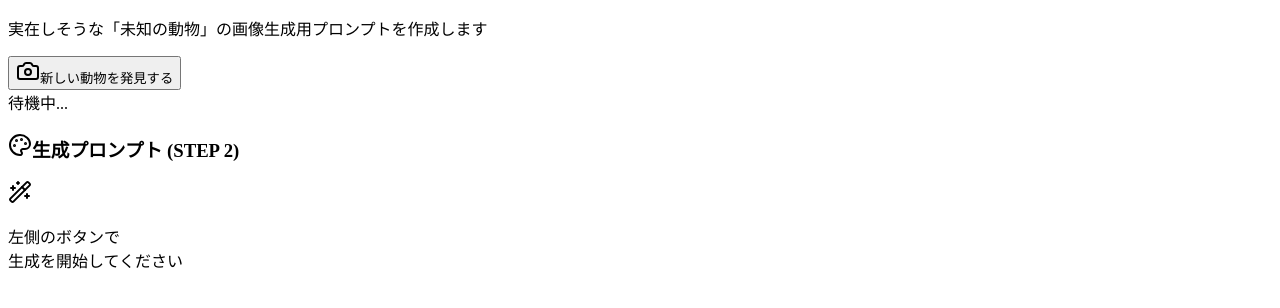
Repository: mqce/animalImageGenerator
Page: /
The author's editor kept a copy of each file at every save. The page is drawn from the files as they stood at one save, then again after the next save.
The browser window is 1280 px wide. The pictures show the whole page.
The project was rebuilt for these pictures with package versions that can differ from the ones it lists, and the page was loaded fresh each time. Also part of the build but not shown: vite.config.js, vite.config.ts.

Above is the page before, as saved 2025-12-04 18:20:43.

### index.html
<!doctype html>
<html lang="en">
  <head>
    <meta charset="UTF-8" />
    <link rel="icon" type="image/svg+xml" href="/vite.svg" />
    <meta name="viewport" content="width=device-width, initial-scale=1.0" />
    <title>animalimagegenerator</title>
  </head>
  <body>
    <div id="root"></div>
    <script type="module" src="/src/main.tsx"></script>
  </body>
</html>

### src/App.tsx
import { useState } from 'react';
import { Camera, RefreshCw, Palette, Wand2, Copy, Check } from 'lucide-react';

// --- データ定義 (ユーザー提供のリスト) ---

const COMMON_ELEMENTS = {
  body: [
    "頭は大きめ（4等身~6等身）",
    "輪郭は丸みを帯びていて比較的ずんぐりしている",
    "手足は短かめ",
    "ふわふわで柔らかい、手触りの良さそうな毛並み",
    "指は3本〜4本で短くデフォルメされているか、毛に隠れて見えない",
    "モンスターではなく、ペットやコンパニオンのような存在",
    "Ruffled fur（乱れた毛並み）"
  ],
  face: [
    "あどけない印象の顔",
    "つぶらな瞳",
    "目と鼻口の距離は近め",
    "両目の間隔を少し離す",
    "おっとり、やさしそう顔つき",
    "口は小さい、または毛に隠れて見えない"
  ],
  shooting: [
    /*
    "高解像度・ディテール: 4K resolution, ultra detailed, photorealistic",
    "最先端の作品: trending on Artstation, masterpiece",
    "光の質: Soft, diffused lighting",
    "雰囲気: Subtle volumetric lighting",
    "被写界深度: Shallow depth of field または Bokeh",
    "レンズ: Cinematic wide-angle lens",
    "色調: Warm tones",
    "鮮やかさ: Muted colors",
    */
    "Grainy film photo（粒状感のあるフィルム写真）",
    "Vintage photograph from the 90s",
    "Toy camera aesthetic",

  ],
  negative: [
    "ファンタジー要素（パステルカラー、光る眼、プラスチックの質感、キメラのような継ぎはぎのパーツ）",
    "アクセサリーや衣服など人工物",
    "細かく描写された手足の指",
    "mirror image", "perfect anatomy", "3d render",
  ]
};

const VARIABLE_ELEMENTS = {
  eyes: [
    "オコジョやハリネズミのような小さくて黒い目",
    "猫のような大きくて丸い目",
    "シマエナガのような点の瞳",
    "ねむたそうに半開きの目",
    "目を囲む模様"
  ],
  nose: [
    "鼻は見えない",
    "カワウソのような鼻",
    "リスのような小さく丸い鼻",
    "ハリネズミのようにつんと尖った鼻",
    "ウオンバットのような鼻",
    "子猫のようなピンクの鼻"
  ],
  ears: [
    "丸くて短い耳",
    "猫やキツネのような耳",
    "ウサギのように立った耳",
    "長くて垂れ下がった耳"
  ],
  tail: [
    "ふさふさしたリスのような尾",
    "短い、丸いポンポンのような尾",
    "狐のような長い尾"
  ],
  pattern: [
    "グレーのグラデーション",
    "くすみ系（ダスティカラー）のグラデーション",
    "全身茶色",
    "全身白",
    "白とグレー系のツートン",
    "白と茶系のツートン",
    "狐のような色",
    "猫のような模様",
    "Asymmetrical markings（左右非対称の模様）",
  ],
  action: [
    "じっとしている", "座っている", "香箱座りをしている", "伏せをして休んでいる", "丸まって眠っている",
    "仰向けに寝ている", "お腹を上にして、だらけている", "毛繕いをしている最中", "首をかしげている",
    "片手を上げて（招き猫のように）挨拶している", "走っている", "跳ねている（小さなジャンプ）",
    "四つん這いで歩いている", "後ろ足で立っている", "木登りをしている", "穴を掘ろうとしている",
    "飛び跳ねている（空中にいる瞬間）", "何か（例：小さな葉っぱ）を咥えて運んでいる",
    "花やきのこの匂いをかいでいる", "エサ（例：ベリー、ナッツ）を頬張っている",
    "両手で何かを持っている（例：木の実）", "自分より大きな葉っぱや傘の下に隠れている",
    "なにかを（例：木、虫）じっと見つめている", "影や光を追いかけている",
    "雪の上に座って、雪を見上げている", "雨粒を避けるように小さく丸まっている",
    "太陽の光を浴びてうっとりしている", "風に吹かれて耳が揺れている", "水を飲んでいる",
    "落ち葉の中でかくれんぼしている", "木の根元で日向ぼっこをしている",
    "ふわふわの苔の上に気持ちよさそうに横たわっている", "岩の上に寝ている",
    "色づいた落ち葉を踏んで、カサカサという音を楽しんでいる",
    "大きな葉を傘代わりにして雨宿りしている", "月に向かって小さく鳴いている"
  ]
};

// --- ヘルパー関数 ---

const getRandom = <T,>(arr: T[]): T => arr[Math.floor(Math.random() * arr.length)];

export default function App() {
  // APIキーを固定値に変更
  const apiKey = 'AIzaSyDVeVJZuYyfkZ2t2p8O0KGq-M1ZZpEc9ZY';

  const [loading, setLoading] = useState(false);
  const [step1Text, setStep1Text] = useState('');
  const [step2Text, setStep2Text] = useState('');
  const [error, setError] = useState('');
  const [copied, setCopied] = useState(false);

  // Step 1: ベーステキストの生成 (クライアントサイドで完結)
  const generateStep1 = () => {
    setLoading(true);
    setStep2Text('');
    setError('');
    setCopied(false);

    const animal = {
      eyes: getRandom(VARIABLE_ELEMENTS.eyes),
      nose: getRandom(VARIABLE_ELEMENTS.nose),
      ears: getRandom(VARIABLE_ELEMENTS.ears),
      tail: getRandom(VARIABLE_ELEMENTS.tail),
      pattern: getRandom(VARIABLE_ELEMENTS.pattern),
      action: getRandom(VARIABLE_ELEMENTS.action),
    };

    const description = `
【動物の外見】
${COMMON_ELEMENTS.body.join('。')}
${COMMON_ELEMENTS.face.join('。')}
目は${animal.eyes}。
鼻は${animal.nose}。
耳は${animal.ears}。
尻尾は${animal.tail}。
体の色は${animal.pattern}。

【現在の状態】
${animal.action}。
    `.trim();

    setStep1Text(description);

    // 自動的にStep 2へ進む
    generateStep2(description);
  };

  // Step 2: Gemini APIを使用して撮影条件と詳細プロンプトを生成
  const generateStep2 = async (baseText: string) => {
    if (!apiKey) {
      setError('APIキーが設定されていません');
      setLoading(false);
      return;
    }

    try {
      const response = await fetch(`https://generativelanguage.googleapis.com/v1beta/models/gemini-2.5-flash-preview-09-2025:generateContent?key=${apiKey}`, {
        method: 'POST',
        headers: { 'Content-Type': 'application/json' },
        body: JSON.stringify({
          contents: [{
            parts: [{
              text: `
あなたはプロの野生動物写真家としてトイカメラを手に撮影します。
以下の「架空の動物」の記述を元に、画像生成AI（Imagenなど）に入力するための**英語のプロンプト**を作成してください。

## 入力された動物の記述
${baseText}

## 制約事項
1. **実在感の追求**: ファンタジーやアニメ調ではなく、偶然撮影したようなリアルな写真に見えるように描写してください。
2. **背景と環境**: 動物の「現在の状態（動作）」に合わせて、最適な背景、地面、周囲の環境を詳細に描写してください。
3. **撮影条件**:
   ${COMMON_ELEMENTS.shooting.join('\n   ')}
4. **構図**: 写真の中に動物をどの位置に、どれくらいの大きさで、どの角度で配置すると良いかを考慮してください。
5. **禁止事項**: ${COMMON_ELEMENTS.negative.join(', ')} は含めないでください。

## 出力形式
英語のプロンプトのみを出力してください。余計な解説やMarkdownのコードブロックは不要です。プレーンテキストで出力してください。
              `
            }]
          }]
        })
      });

      if (!response.ok) {
        const errorData = await response.json().catch(() => ({}));
        throw new Error(errorData.error?.message || `API Error: ${response.status}`);
      }

      const data = await response.json();

      if (data.error) throw new Error(data.error.message);

      // candidatesの存在チェック (安全なアクセスのために追加)
      if (!data.candidates || data.candidates.length === 0) {
        console.error('Gemini API Response:', data); // デバッグ用にコンソール出力
        if (data.promptFeedback && data.promptFeedback.blockReason) {
            throw new Error(`生成がブロックされました。理由: ${data.promptFeedback.blockReason}`);
        }
        throw new Error('Geminiからの応答が空でした。もう一度お試しください。');
      }

      const candidate = data.candidates[0];
      if (!candidate.content || !candidate.content.parts || !candidate.content.parts[0]) {
        throw new Error('生成されたテキスト形式が不正です。');
      }

      const generatedPrompt = candidate.content.parts[0].text;
      setStep2Text(generatedPrompt);

    } catch (err) {
      console.error(err);
      const errorMessage = err instanceof Error ? err.message : '不明なエラーが発生しました';
      setError('Step 2 Error: ' + errorMessage);
    } finally {
      setLoading(false);
    }
  };

  const copyToClipboard = () => {
    if (!step2Text) return;
    // iframe内でのクリップボード操作のため document.execCommand を使用
    const textArea = document.createElement("textarea");
    textArea.value = step2Text;
    document.body.appendChild(textArea);
    textArea.select();
    try {
      document.execCommand('copy');
      setCopied(true);
      setTimeout(() => setCopied(false), 2000);
    } catch (err) {
      console.error('Copy failed', err);
    }
    document.body.removeChild(textArea);
  };

  return (
    <div className="min-h-screen bg-gray-50 text-slate-800 font-sans p-4 md:p-8">
      <div className="max-w-7xl mx-auto">

        {/* Header */}
        <header className="mb-8 flex flex-col md:flex-row md:items-center justify-between gap-4">
          <div>
            <p className="text-slate-500 mt-1">実在しそうな「未知の動物」の画像生成用プロンプトを作成します</p>
          </div>
        </header>

        {/* Main Content Grid */}
        <div className="grid grid-cols-1 lg:grid-cols-2 gap-8 h-full">

          {/* Left Column: Controls & Process */}
          <div className="space-y-6">

            {/* Control Panel */}
            <div className="bg-white p-6 rounded-xl shadow-sm border border-gray-200">
              <button
                onClick={generateStep1}
                disabled={loading}
                className={`w-full py-4 px-6 rounded-lg text-white font-medium text-lg flex items-center justify-center gap-2 transition-all shadow-md
                  ${loading
                    ? 'bg-gray-400 cursor-not-allowed'
                    : 'bg-gradient-to-r from-indigo-600 to-purple-600 hover:from-indigo-700 hover:to-purple-700 hover:shadow-lg'}`}
              >
                {loading ? (
                  <>
                    <RefreshCw className="animate-spin w-5 h-5" />
                    プロンプト生成中...
                  </>
                ) : (
                  <>
                    <Camera className="w-5 h-5" />
                    新しい動物を発見する
                  </>
                )}
              </button>

              {error && (
                <div className="mt-3 text-red-600 bg-red-50 p-3 rounded-md text-sm">
                  {error}
                </div>
              )}
            </div>

            {/* Process Visualization */}
            <div className="space-y-4">
              {/* Step 1 Card */}
              <div className={`transition-all duration-500 ${step1Text ? 'opacity-100 translate-y-0' : 'opacity-50 translate-y-4'}`}>
                <div className="bg-white rounded-xl shadow-sm border border-gray-200 overflow-hidden">
                  <div className="p-4 bg-slate-50 min-h-[100px] text-sm leading-relaxed whitespace-pre-line text-slate-700">
                    {step1Text || "待機中..."}
                  </div>
                </div>
              </div>
            </div>
          </div>

          {/* Right Column: Result (Prompt) */}
          <div className="flex flex-col h-full">
            <div className="bg-white rounded-xl shadow-lg border border-gray-200 overflow-hidden flex-grow flex flex-col h-full min-h-[500px]">
              <div className="bg-gradient-to-r from-indigo-50 to-purple-50 px-6 py-3 border-b border-gray-200 flex justify-between items-center">
                <h3 className="font-semibold text-indigo-900 flex items-center gap-2">
                  <Palette className="w-5 h-5 text-indigo-500" />
                  生成プロンプト (STEP 2)
                </h3>
                {step2Text && !loading && (
                   <span className="text-xs text-indigo-600 bg-indigo-100 px-2 py-1 rounded-full font-medium">
                     Ready to Copy
                   </span>
                )}
              </div>

              <div className="flex-grow bg-slate-50 p-6 flex flex-col relative">
                {step2Text ? (
                  <>
                    <textarea
                      readOnly
                      className="w-full h-full min-h-[300px] bg-white border border-gray-300 rounded-lg p-4 font-mono text-sm leading-relaxed text-slate-700 resize-none focus:outline-none focus:ring-2 focus:ring-indigo-500"
                      value={step2Text}
                    />
                    <div className="mt-4 flex justify-end">
                      <button
                        onClick={copyToClipboard}
                        className={`flex items-center gap-2 px-6 py-3 rounded-lg font-medium shadow-sm transition-all
                          ${copied
                            ? 'bg-green-500 text-white'
                            : 'bg-indigo-600 text-white hover:bg-indigo-700 hover:shadow-md'}`}
                      >
                        {copied ? (
                          <>
                            <Check className="w-5 h-5" />
                            コピーしました！
                          </>
                        ) : (
                          <>
                            <Copy className="w-5 h-5" />
                            プロンプトをコピー
                          </>
                        )}
                      </button>
                    </div>
                  </>
                ) : (
                  <div className="flex-grow flex flex-col items-center justify-center text-gray-400">
                    {loading ? (
                       <div className="text-center">
                        <div className="w-12 h-12 border-4 border-indigo-200 border-t-indigo-600 rounded-full animate-spin mx-auto mb-4"></div>
                        <p className="animate-pulse">プロンプトを生成中...</p>
                      </div>
                    ) : (
                      <>
                        <Wand2 className="w-16 h-16 mb-4 opacity-20" />
                        <p>左側のボタンで<br/>生成を開始してください</p>
                      </>
                    )}
                  </div>
                )}
              </div>
            </div>
          </div>

        </div>
      </div>
    </div>
  );
}

Loaded but not shown: src/main.tsx (common file)

After the next save:
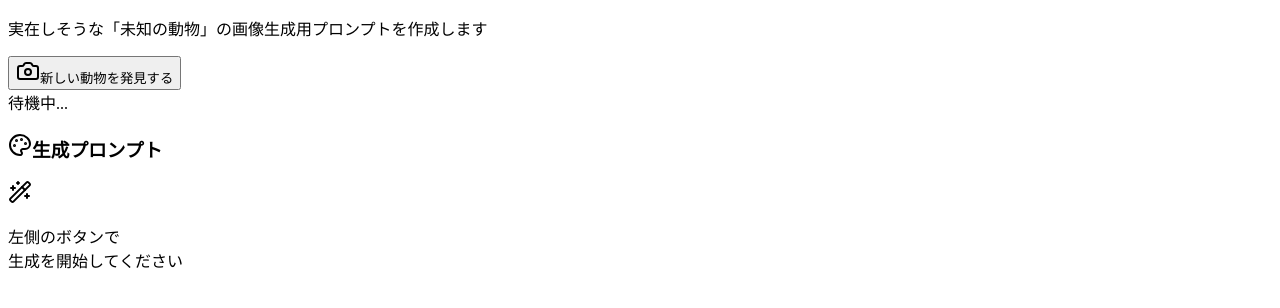
Saved 2 min 21 s later.
--- a/src/App.tsx
+++ b/src/App.tsx
@@ -307,7 +307,7 @@ ${baseText}
               <div className="bg-gradient-to-r from-indigo-50 to-purple-50 px-6 py-3 border-b border-gray-200 flex justify-between items-center">
                 <h3 className="font-semibold text-indigo-900 flex items-center gap-2">
                   <Palette className="w-5 h-5 text-indigo-500" />
-                  生成プロンプト (STEP 2)
+                  生成プロンプト
                 </h3>
                 {step2Text && !loading && (
                    <span className="text-xs text-indigo-600 bg-indigo-100 px-2 py-1 rounded-full font-medium">
